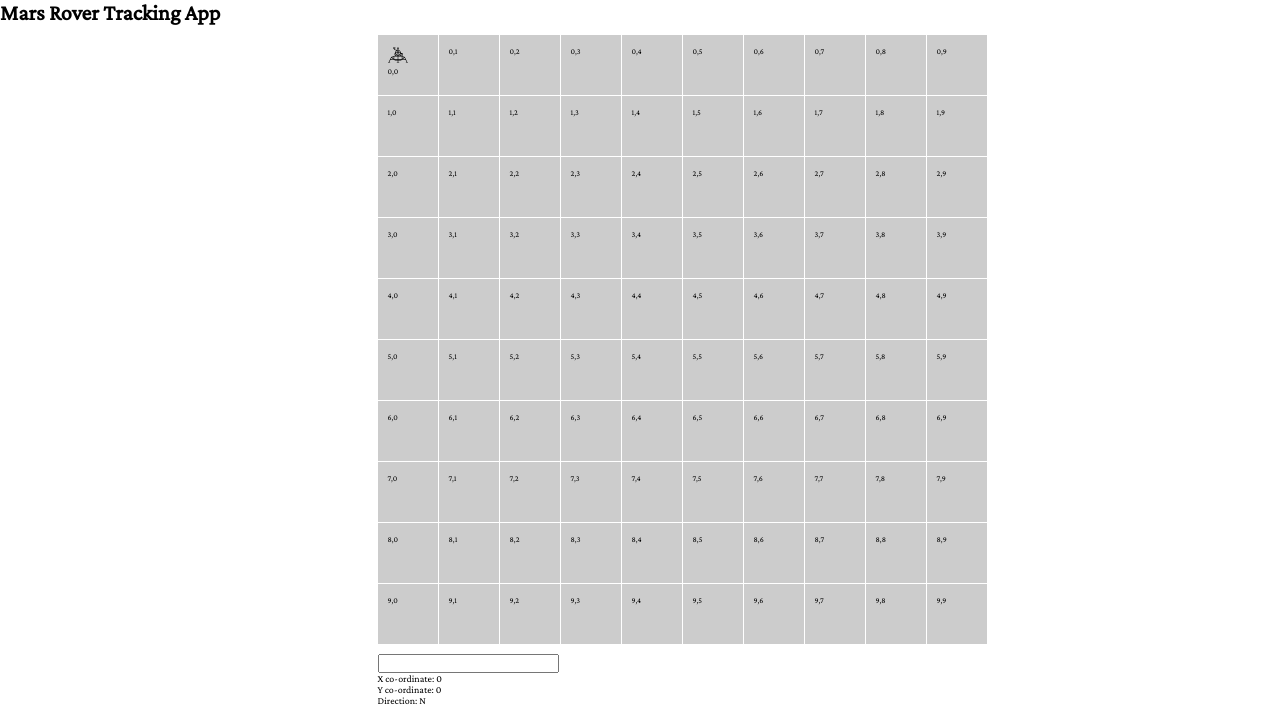
Repository: madhurisandbhor/Rover-Tracking-App
Page: /
The author's editor kept a copy of each file at every save. The page is drawn from the files as they stood at one save, then again after a run of saves.
The browser window is 1280 px wide. The pictures show the whole page.
The project was rebuilt for these pictures with package versions that can differ from the ones it lists, and the page was loaded fresh each time.

Above is the page before, as saved 2021-09-06 19:17:59.

### public/index.html
<!DOCTYPE html>
<html lang="en">
  <head>
    <meta charset="utf-8" />
    <link rel="icon" href="%PUBLIC_URL%/favicon.ico" />
    <meta name="viewport" content="width=device-width, initial-scale=1" />
    <meta name="theme-color" content="#000000" />
    <meta
      name="Mars Rover Tracking"
      content="Web site created using create-react-app"
    />
    <link rel="apple-touch-icon" href="%PUBLIC_URL%/logo192.png" />
    <!--
      manifest.json provides metadata used when your web app is installed on a
      user's mobile device or desktop. See https://developers.google.com/web/fundamentals/web-app-manifest/
    -->
    <link rel="manifest" href="%PUBLIC_URL%/manifest.json" />
    <!--
      Notice the use of %PUBLIC_URL% in the tags above.
      It will be replaced with the URL of the `public` folder during the build.
      Only files inside the `public` folder can be referenced from the HTML.

      Unlike "/favicon.ico" or "favicon.ico", "%PUBLIC_URL%/favicon.ico" will
      work correctly both with client-side routing and a non-root public URL.
      Learn how to configure a non-root public URL by running `npm run build`.
    -->
    <title>Rover Tracking App</title>
  </head>
  <body>
    <noscript>You need to enable JavaScript to run this app.</noscript>
    <div id="root"></div>
    <!--
      This HTML file is a template.
      If you open it directly in the browser, you will see an empty page.

      You can add webfonts, meta tags, or analytics to this file.
      The build step will place the bundled scripts into the <body> tag.

      To begin the development, run `npm start` or `yarn start`.
      To create a production bundle, use `npm run build` or `yarn build`.
    -->
    <link href="https://fonts.googleapis.com/css2?family=Crimson+Pro&display=swap" rel="stylesheet">
  </body>
</html>

### src/App.js
import './App.css'
import Grid from './Grid'

const header = {
  fontSize: '22px',
  fontWeight: 'bold',
}

function App() {
  return (
    <div className="App">
      <header style={header}>Mars Rover Tracking App</header>
      <Grid />
    </div>
  )
}

export default App

### src/App.css
* {
  margin: 0;
  padding: 0;
  box-sizing: border-box;
}

html {
  font-size: 62.5%;
  /* 1rem = 10px = 62.5% of default(16px) */
}

@media (max-width: 600px) {
  html {
    font-size: 50%; /* 1rem = 8px 50% of default(16px) */
  }
}

html,
body {
  height: 100vh;
  width: 100vw;
  overflow-x: hidden;
  font-family: "Crimson Pro", serif;
}

### src/Grid.jsx
import React, { useState, useEffect } from 'react'
import { maxY, maxX, x, y, d } from './constants'
import testGrid from './testGrid'
import roverIcon from './svg/rover-icon.svg'

const wrapper = {
  width: '41%',
  margin: '1rem auto',
}

const grid = {
  margin: '1rem auto',
  display: 'grid',
  gridTemplateColumns: `repeat(${maxY + 1}, 6rem)`,
  gridTemplateRows: `repeat(${maxX + 1}, 6rem)`,
  gridGap: '0.1rem',
}

const itemStyle = {
  padding: '1rem',
  backgroundColor: '#ccc',
}

const itemSpan = {
  fontSize: '0.8rem',
}

const roverImg = {
  width: '2rem',
  height: '2rem',
  alignText: 'center',
}

const Grid = () => {
  const gridLength = (maxX + 1) * (maxY + 1)
  const totalItems = Array(gridLength).fill()
  const [input, setInput] = useState('')
  const [roverXPosition, setRoverXPosition] = useState(x)
  const [roverYPosition, setRoverYPosition] = useState(y)
  const [roverDirection, setRoverDirection] = useState(d)
  const [transformProp, setTransformProp] = useState()

  useEffect(() => {
    const result = testGrid(input)
    setRoverXPosition(result[0]) // X-position
    setRoverYPosition(result[1]) // y-position
    setRoverDirection(result[2]) // direction

    if (roverDirection === 'N') setTransformProp('rotate(0deg)')
    else if (roverDirection === 'E') setTransformProp('rotate(90deg)')
    else if (roverDirection === 'S') setTransformProp('rotate(180deg)')
    else if (roverDirection === 'W') setTransformProp('rotate(-90deg)')
  }, [input, roverDirection])

  return (
    <div style={wrapper}>
      <div style={grid}>
        {totalItems.map((item, index) => (
          <div key={index} style={itemStyle}>
            {roverXPosition * 10 + roverYPosition === index && (
              <div style={roverImg}>
                <img
                  style={{ width: '100%', transform: transformProp }}
                  src={roverIcon}
                  alt="rover"
                />
              </div>
            )}
            <span style={itemSpan}>
              {Math.floor(index / 10)},{index % 10}
            </span>
          </div>
        ))}
      </div>
      <input
        name="inputString"
        value={input}
        onChange={(event) => setInput(event.target.value)}
      />
      <div>
        <div>X co-ordinate: {roverXPosition}</div>
        <div>Y co-ordinate: {roverYPosition}</div>
        <div> Direction: {roverDirection}</div>
      </div>
    </div>
  )
}

export default Grid

### src/constants.js
export const x = 0, y = 0, maxX = 9, maxY = 9;
export const d = 'N';
export const directionsToRight = ['N', 'E', 'S', 'W']
export const directionsToLeft = ['N', 'W', 'S', 'E']

### src/testGrid.js
import {
  x,
  y,
  d,
  directionsToRight,
  directionsToLeft,
  maxX,
  maxY,
} from './constants'

const testGrid = (testString) => {
  const roverPosition = [x, y, d]
  const testArr = testString.split('')

  for (let i = 0; i < testArr.length; i++) {
    if (testArr[i] === 'r') {
      let currDirIndex = directionsToRight.findIndex(
        (item) => item === roverPosition[2]
      )
      if (currDirIndex > -1 && currDirIndex < 3)
        roverPosition[2] = directionsToRight[currDirIndex + 1]
      else roverPosition[2] = directionsToRight[0]
    } else if (testArr[i] === 'l') {
      let currDirIndex = directionsToLeft.findIndex(
        (item) => item === roverPosition[2]
      )
      if (currDirIndex > -1 && currDirIndex < 3)
        roverPosition[2] = directionsToLeft[currDirIndex + 1]
      else roverPosition[2] = directionsToLeft[0]
    } else if (testArr[i] === 'f') {
      if (roverPosition[2] === 'E') {
        if (roverPosition[1] < maxY) roverPosition[1]++
        else roverPosition[1] = 0
      } else if (roverPosition[2] === 'S') {
        if (roverPosition[0] < maxX) roverPosition[0]++
        else roverPosition[0] = 0
      } else if (roverPosition[2] === 'N') {
        if (roverPosition[0] <= 0) roverPosition[0] = maxX
        else roverPosition[0]--
      } else if (roverPosition[2] === 'W') {
        if (roverPosition[1] <= 0) roverPosition[1] = maxY
        else roverPosition[1]--
      }
    }
  }

  return roverPosition
}

export default testGrid

Loaded but not shown: src/index.js (common file); src/index.css (common file)

After the next 2 saves:
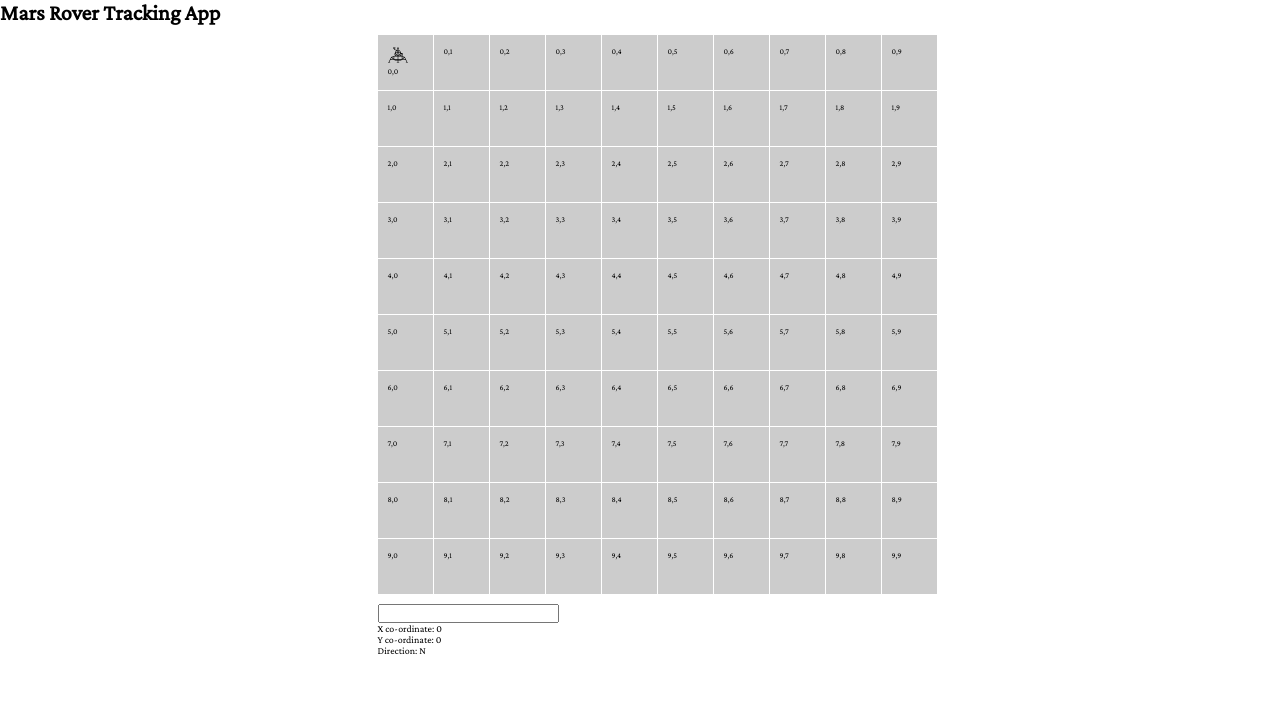
The 2 saves are shown as one change because they came seconds apart.
The last was saved 6 s later.
--- a/src/Grid.jsx
+++ b/src/Grid.jsx
@@ -11,8 +11,8 @@ const wrapper = {
 const grid = {
   margin: '1rem auto',
   display: 'grid',
-  gridTemplateColumns: `repeat(${maxY + 1}, 6rem)`,
-  gridTemplateRows: `repeat(${maxX + 1}, 6rem)`,
+  gridTemplateColumns: `repeat(${maxY + 1}, 5.5rem)`,
+  gridTemplateRows: `repeat(${maxX + 1}, 5.5rem)`,
   gridGap: '0.1rem',
 }
 
